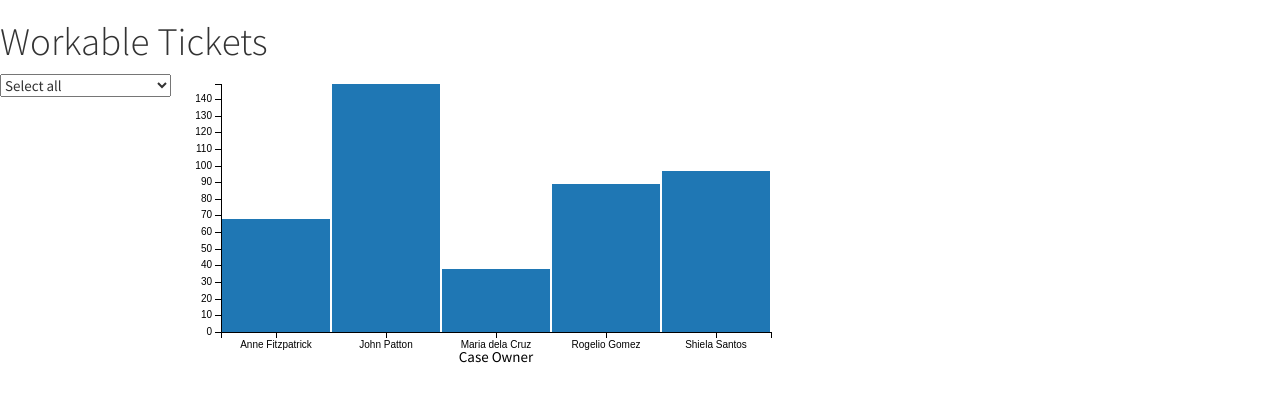
Repository: RChanco/Workable-Tickets-Dashboard
Page: index.html
The author's editor kept a record of every edit. The page is drawn from the files as they stood at one moment, then again after the next edit.
The browser window is 1280 px wide. The pictures show the whole page.

Above is the page before.

After the next edit:
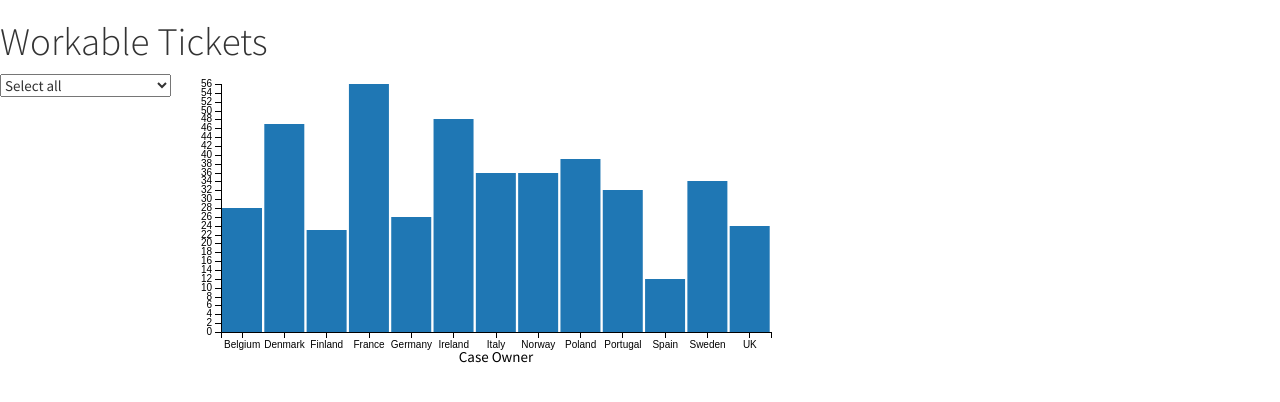
The edit:
--- a/static/js/graph.js
+++ b/static/js/graph.js
@@ -37,3 +37,20 @@ function show_case_owner(ndx) {
         .xAxisLabel("Case Owner")
         .yAxis().ticks(20);
 }
+
+function show_case_owner(ndx) {
+    var dim = ndx.dimension(dc.pluck('CaseCountry'));
+    var group = dim.group();
+
+    dc.barChart("#case-owner")
+        .width(650)
+        .height(300)
+        .margins({top: 10, right: 50, bottom: 30, left: 50})
+        .dimension(dim)
+        .group(group)
+        .transitionDuration(500)
+        .x(d3.scale.ordinal())
+        .xUnits(dc.units.ordinal)
+        .xAxisLabel("Case Owner")
+        .yAxis().ticks(20);
+}
